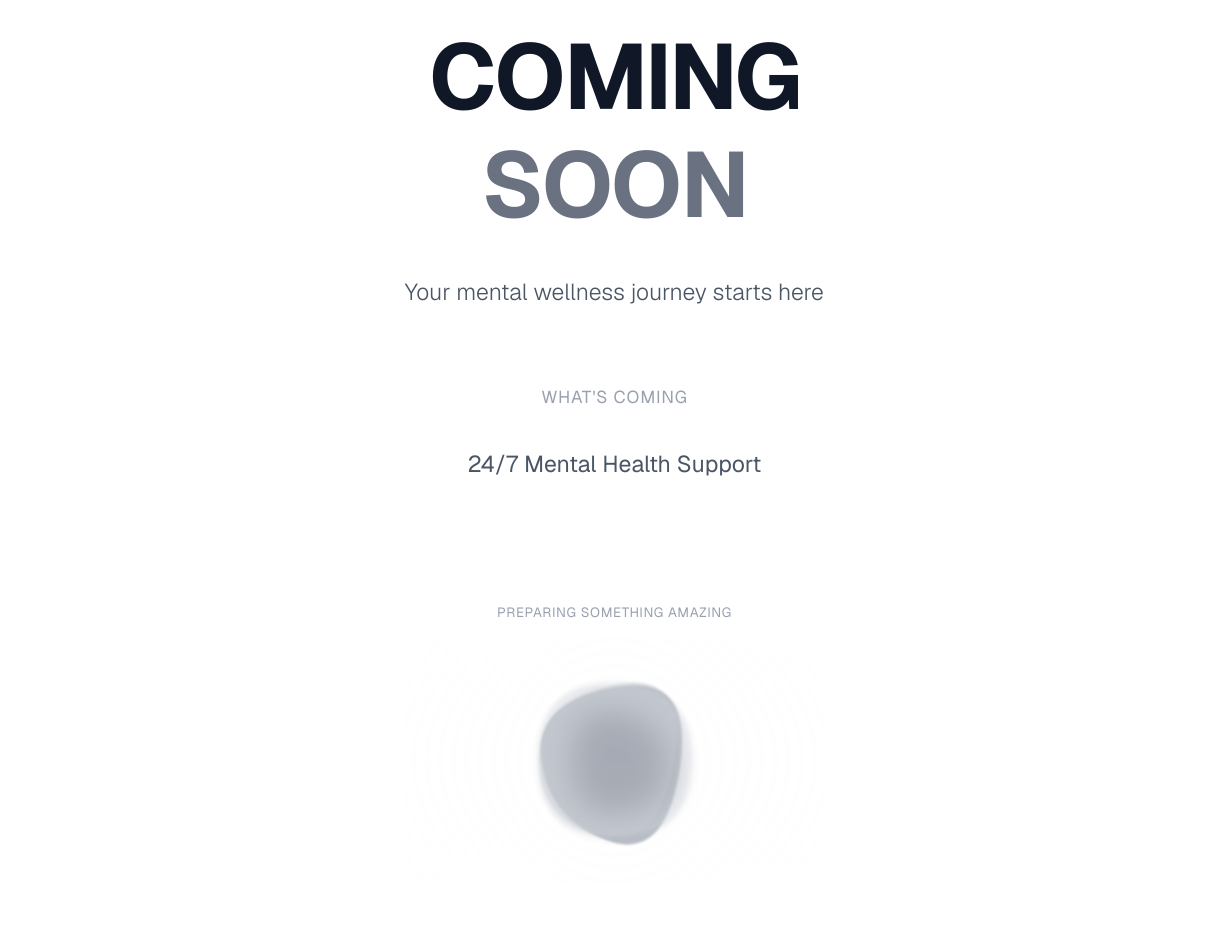
Repository: anubhav-aryan/Venthrapy-Landing
Page: /
These files come from the project's save history. The page is drawn as it stood at one moment and after the next save; the edit follows.
The browser window is 1280 px wide. The pictures show the whole page, at 96% of full size.
The project was rebuilt for these pictures with package versions that can differ from the ones it lists, and the page was loaded fresh each time. The framework's server and built-in components were replaced by stand-ins that run in the browser. Also part of the build but not shown: next.config.ts.

Above is the page before, as saved 2025-08-05 23:00:36.

After the next save:
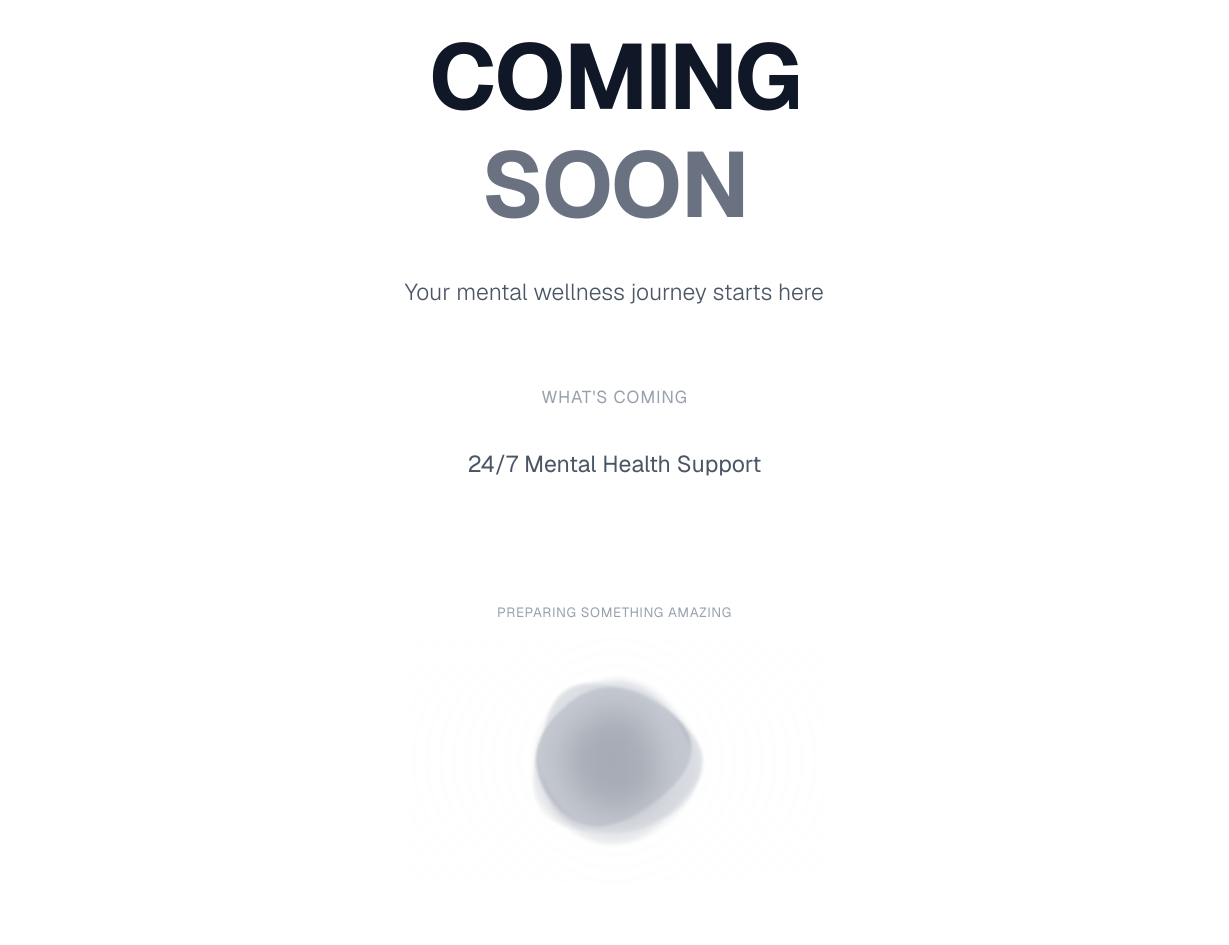
Saved 23 s later.
--- a/app/globals.css
+++ b/app/globals.css
@@ -20,3 +20,73 @@
   -webkit-font-smoothing: antialiased;
   -moz-osx-font-smoothing: grayscale;
 }
+
+/* Blob Animation Keyframes */
+@keyframes blobAnim1 {
+  0% {
+    d: path("M 100 600 q 0 -500, 500 -500 t 500 500 t -500 500 T 100 600 z");
+  }
+  30% {
+    d: path("M 100 600 q -50 -400, 500 -500 t 450 550 t -500 500 T 100 600 z");
+  }
+  70% {
+    d: path("M 100 600 q 0 -400, 500 -500 t 400 500 t -500 500 T 100 600 z");
+  }
+  100% {
+    d: path("M 150 600 q 0 -600, 500 -500 t 500 550 t -500 500 T 150 600 z");
+  }
+}
+
+@keyframes blobAnim2 {
+  0% {
+    d: path("M 100 600 q 0 -400, 500 -500 t 400 500 t -500 500 T 100 600 z");
+  }
+  40% {
+    d: path("M 150 600 q 0 -600, 500 -500 t 500 550 t -500 500 T 150 600 z");
+  }
+  80% {
+    d: path("M 100 600 q -50 -400, 500 -500 t 450 550 t -500 500 T 100 600 z");
+  }
+  100% {
+    d: path("M 100 600 q 100 -600, 500 -500 t 400 500 t -500 500 T 100 600 z");
+  }
+}
+
+@keyframes blobAnim3 {
+  0% {
+    d: path("M 100 600 q -50 -400, 500 -500 t 450 550 t -500 500 T 100 600 z");
+  }
+  35% {
+    d: path("M 150 600 q 0 -600, 500 -500 t 500 550 t -500 500 T 150 600 z");
+  }
+  75% {
+    d: path("M 100 600 q 100 -600, 500 -500 t 400 500 t -500 500 T 100 600 z");
+  }
+  100% {
+    d: path("M 100 600 q 0 -400, 500 -500 t 400 500 t -500 500 T 100 600 z");
+  }
+}
+
+@keyframes blobAnim4 {
+  0% {
+    d: path("M 150 600 q 0 -600, 500 -500 t 500 550 t -500 500 T 150 600 z");
+  }
+  30% {
+    d: path("M 100 600 q 100 -600, 500 -500 t 400 500 t -500 500 T 100 600 z");
+  }
+  70% {
+    d: path("M 100 600 q -50 -400, 500 -500 t 450 550 t -500 500 T 100 600 z");
+  }
+  100% {
+    d: path("M 150 600 q 0 -600, 500 -500 t 500 550 t -500 500 T 150 600 z");
+  }
+}
+
+@keyframes rotate {
+  from {
+    transform: rotate(0deg);
+  }
+  to {
+    transform: rotate(360deg);
+  }
+}
